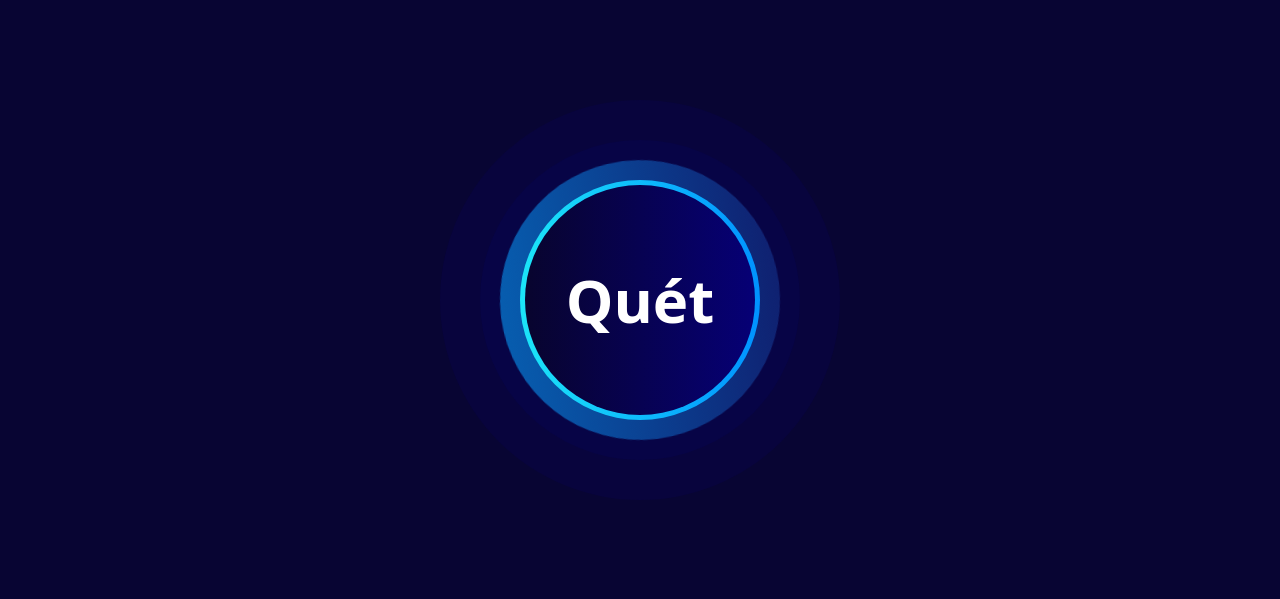
Repository: Kiendz3202/anti-virus-landingpage-mobile
Page: /
An editor plug-in stored every save of this project. The page is shown before and after the next save, followed by the edit.
The browser window is 1280 px wide. The pictures show the whole page.
The project was rebuilt for these pictures with package versions that can differ from the ones it lists, and the page was loaded fresh each time. The framework's server and built-in components were replaced by stand-ins that run in the browser. Also part of the build but not shown: next.config.js, components/ScanResult.js.

Above is the page before, as saved 2023-01-08 19:07:51.

### pages/index.js
import HomeView from '../views';

export default function Home() {
	return <HomeView />;
}

### styles/globals.css
@tailwind base;
@tailwind components;
@tailwind utilities;

@layer base {
	html {
		/* font-size: calc(15px + 0.390625vw); //15px */
		font-size: 10px;
	}

	* {
		box-sizing: border-box;
	}

	@media (max-width: 640px) {
		html {
			font-size: 7px;
		}
	}

	@media (min-width: 640px) {
		html {
			font-size: 7px;
		}
	}

	@media (min-width: 768px) {
		html {
			font-size: 8px;
		}
	}

	@media (min-width: 1024px) {
		html {
			font-size: 9px;
		}
	}

	@media (min-width: 1280px) {
		html {
			font-size: 10px;
		}
	}
}

### views/index.js
import React, { useEffect, useState } from 'react';
import ScanResult from '../components/ScanResult';
import { delay } from '../utils/delay';

function HomeView() {
	// const [isCheckingInitial, setIsCheckingInitial] = useState(true);
	const [loadingScan, setLoadingScan] = useState(false);
	const [showResult, setShowResult] = useState(false);
	// useEffect(() => {
	// 	const intervalID = setTimeout(() => {
	// 		setIsCheckingInitial((toggle) => !toggle);
	// 	}, 2000);

	// 	return () => clearInterval(intervalID);
	// }, []);

	const scanHandle = async () => {
		if (!showResult) {
			// setIsCheckingInitial(false);
			setLoadingScan(true);
			// await delay(4000);
			setLoadingScan(false);
			setShowResult(true);
		}
	};
	return (
		<div className="h-screen bg-[#080533]">
			<div
				className={` w-full   transition-all ease-in-out duration-[1500ms] pt-[10rem] ${
					showResult ? ' h-[0px]' : 'h-screen'
				}`}
			>
				<div
					className={`bg-[#08043D] h-[40rem] w-[40rem] mx-auto rounded-full flex items-center justify-center ${
						showResult ? 'hidden' : ''
					}`}
				>
					<div className=" bg-[#070446] h-[32rem] w-[32rem] rounded-full flex items-center justify-center relative">
						<div className="bg-gradient-to-r from-[#0F2171] to-[#075DAF] h-[28rem] w-[28rem] rounded-full flex items-center justify-center animate-spin"></div>
						<div
							onClick={scanHandle}
							className=" bg-gradient-to-r from-[#1CE5F8] to-[#0092FF] h-[24rem] w-[24rem] rounded-full flex items-center justify-center absolute top-[4rem]"
						>
							<div className=" bg-gradient-to-r from-[#08042E] to-[#060075] h-[23rem] w-[23rem] rounded-full flex items-center justify-center ">
								<span className="text-white text-[6rem] font-semibold">
									Quét
								</span>
							</div>
						</div>
					</div>
				</div>
			</div>
			{showResult ? <ScanResult /> : ''}
		</div>
	);
}

export default HomeView;

### utils/delay.js
export const delay = (m) => new Promise((r) => setTimeout(r, m));

### tailwind.config.js
/** @type {import('tailwindcss').Config} */
module.exports = {
	content: [
		'./pages/**/*.{js,ts,jsx,tsx}',
		'./components/**/*.{js,ts,jsx,tsx}',
		'./views/**/*.{js,ts,jsx,tsx}',
	],
	theme: {
		extend: {},
	},
	plugins: [],
};

Loaded but not shown: pages/_app.js (common file); pages/_document.js (common file)

After the next save:
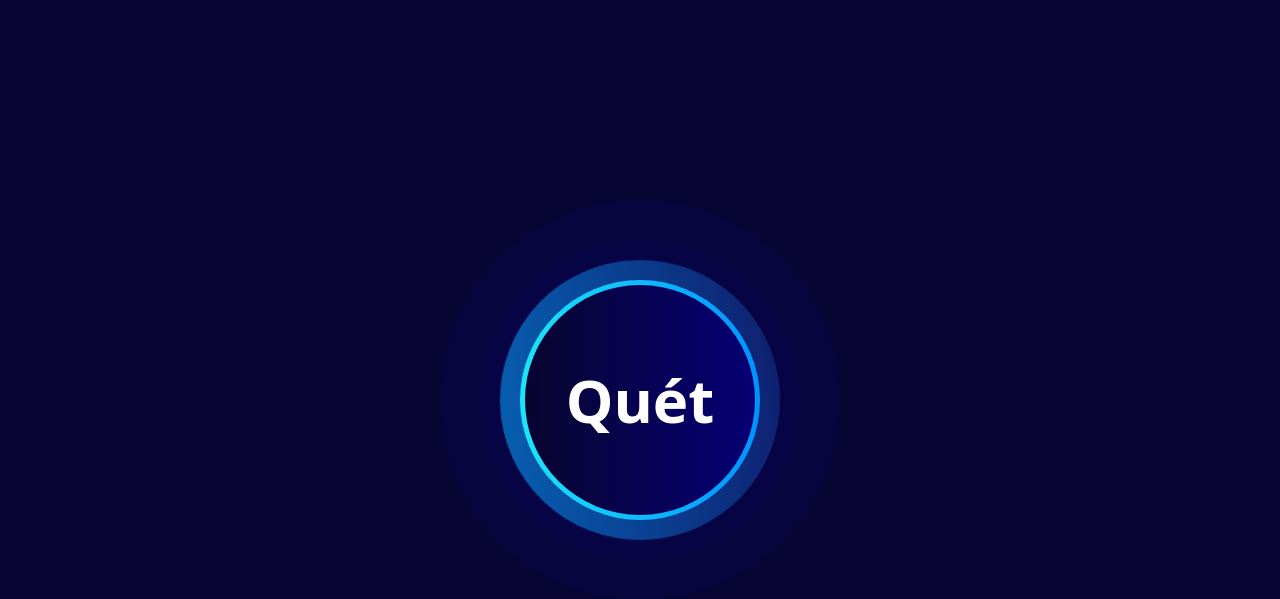
Saved 5 s later.
--- a/views/index.js
+++ b/views/index.js
@@ -26,7 +26,7 @@
 	return (
 		<div className="h-screen bg-[#080533]">
 			<div
-				className={` w-full   transition-all ease-in-out duration-[1500ms] pt-[10rem] ${
+				className={` w-full   transition-all ease-in-out duration-[1500ms] pt-[20rem] ${
 					showResult ? ' h-[0px]' : 'h-screen'
 				}`}
 			>
